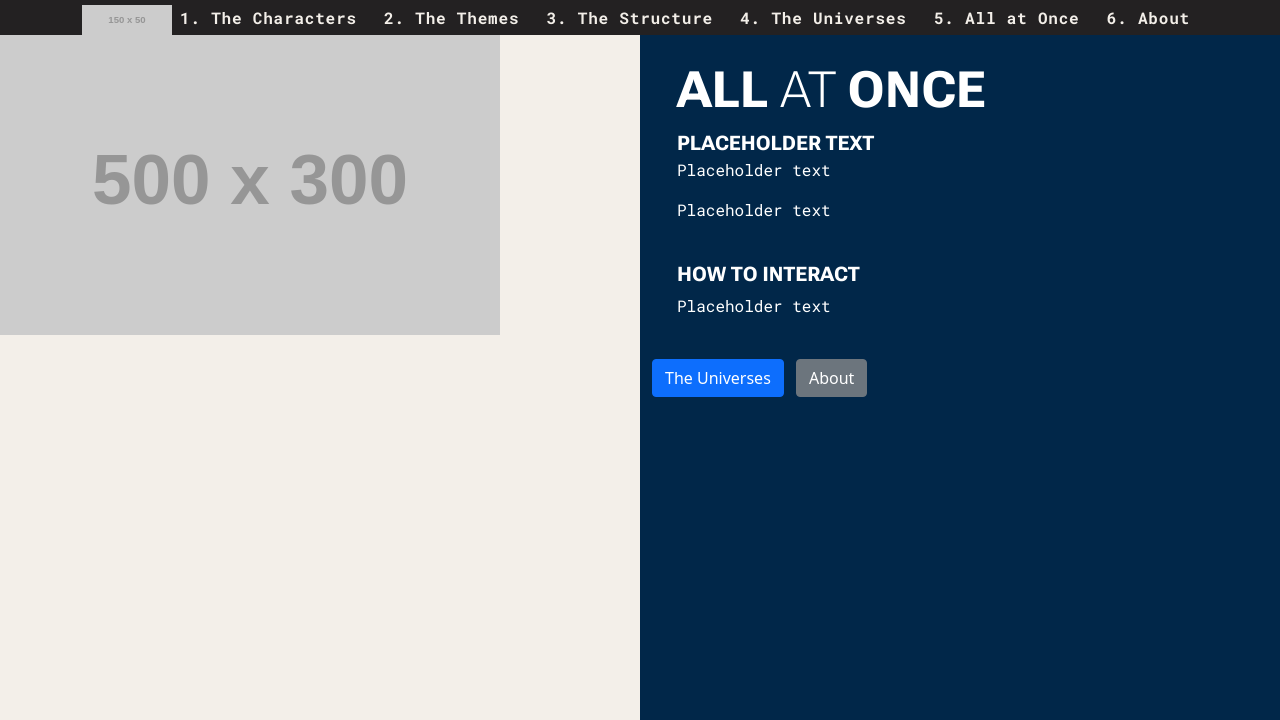
Repository: angelica-hom/msdv-thesis
Page: once.html
The author's editor kept a record of every edit. The page is drawn from the files as they stood at one moment, then again after the next edit.
The browser window is 1280 px wide. The pictures show the whole page.

Above is the page before.

### once.html
<!doctype html>
<html lang="en">
<head>
    <meta charset="utf-8">
    <meta name="viewport" content="width=device-width, initial-scale=1">
    <link href="https://cdn.jsdelivr.net/npm/bootstrap@5.1.3/dist/css/bootstrap.min.css" rel="stylesheet">
    <link href="once.css" rel="stylesheet">
    <title>Decoding Everything Everywhere All at Once</title>
</head>
<body>
    <nav class="navbar navbar-expand-lg navbar-custom">
        <div class="container">
            <a class="navbar-brand" href="#">
                <img src="https://via.placeholder.com/150x50" alt="Your Brand" height="30">
            </a>
            <div class="collapse navbar-collapse" id="navbarNav">
                <ul class="navbar-nav mx-auto">
                    <li class="nav-item">
                        <a class="nav-link" href="characters.html">1. The Characters</a>
                    </li>
                    <li class="nav-item">
                        <a class="nav-link" href="themes.html">2. The Themes</a>
                    </li>
                    <li class="nav-item">
                        <a class="nav-link" href="structure.html">3. The Structure</a>
                    </li>
                    <li class="nav-item">
                        <a class="nav-link" href="universes.html">4. The Universes</a>
                    </li>
                    <li class="nav-item">
                        <a class="nav-link" href="once.html">5. All at Once</a>
                    </li>
                    <li class="nav-item">
                        <a class="nav-link" href="about.html">6. About</a>
                    </li>
                </ul>
            </div>
        </div>
    </nav>

    <div class="container-fluid">
        <div class="row">
            <div class="col-md-6 left-section">
                <img src="https://via.placeholder.com/500x300" alt="Static image" class="img-fluid">
            </div>
            <div class="col-md-6 d-flex flex-column justify-content-center right-section">
                <div id="content">
                    <h2><span class="bold">ALL</span> AT <span class="bold">ONCE</span></h2>
                    <span class="subheading">PLACEHOLDER TEXT</span>
                    <br<br><p>Placeholder text</p>
                    <p>Placeholder text</p>
                    <br><h3>HOW TO INTERACT</h3>
                    <p>Placeholder text</p>
                </div>
                <div>
                    <a href="universes.html" class="btn btn-primary me-2">The Universes</a>
                    <a href="about.html" class="btn btn-secondary">About</a>
                </div>
            </div>
        </div>
    </div>

    <script src="once.js"></script>
    <script src="https://cdn.jsdelivr.net/npm/@popperjs/core@2.11.6/dist/umd/popper.min.js"></script>
    <script src="https://cdn.jsdelivr.net/npm/bootstrap@5.1.3/dist/js/bootstrap.min.js"></script>
</body>
</html>

### once.css
@import url('https://fonts.googleapis.com/css2?family=Roboto+Flex:wght@100;200;300;400;500;600;700;800;900;1000&display=swap');
@import url('https://fonts.googleapis.com/css2?family=Roboto+Mono:ital,wght@0,100;0,200;0,300;0,400;0,500;0,600;0,700;1,100;1,200;1,300;1,400;1,500;1,600;1,700&display=swap');

body, html {
    margin: 0;
    height: 100%;
    overflow-x: hidden;
}

.container-fluid {
    height: calc(100% - 35px); /* Subtract navbar height */
    padding: 0;
}

.row {
    height: 100%;
}

/* NAVBAR */
.navbar-custom {
    margin-bottom: 0;
    height: 35px;
    align-items: center; /* Center the navbar content vertically */
    background-color: #232122; /* New navbar background color */
    width: 100%; /* Make the navbar container wider */
    font-family: 'Roboto Mono', monospace; /* Specify the font family */
    font-weight: 700;
}

.navbar-custom .navbar-brand,
.navbar-custom .nav-link {
    color: #F3EFE9;
    padding: 0;
    line-height: 35px;
    font-size: 16px;
    letter-spacing: 0.05em;
    font-family: 'Roboto Mono', monospace;
    margin: 0; /* Add a margin to create more space between nav items */
}

.navbar-custom .navbar-nav {
    flex-grow: 1;
    display: flex;
    justify-content: space-between; /* Spread out the nav items */
}

.navbar-custom .nav-link:hover {
    color: #232122;
    background-color: #F3EFE9; /* New background color on hover */
}

a:focus, a:active, a:hover {
  outline: none;
  text-decoration: none;
  color: #F3EFE9; /* Set the desired color for the links */
}

/* LEFT SECTION STYLE */
.left-section {
    background-color: #F3EFE9;
}

/* RIGHT SECTION STYLE */
.right-section {
    background-color: #012749;
    color: #FFF; /* Set text color to white for better contrast */
    justify-content: flex-start!important;
}

.right-section #content {
    padding: 25px;
}

.right-section #content h2 {
    font-family: 'Roboto Flex', sans-serif;
    font-style: normal;
    font-weight: 200;
    font-size: 50px;
}

.right-section #content .subheading {
    font-family: 'Roboto Flex', sans-serif;
    font-style: normal;
    font-weight: 800;
    font-size: 20px;
}

.right-section #content h3 {
    font-family: 'Roboto Flex', sans-serif;
    font-style: normal;
    font-weight: 800;
    font-size: 20px;
}

@media (max-width: 768px) {
  h2 {
    font-size: 28px;
  }
}

.right-section #content .bold {
    font-weight: 800;
}

.right-section #content p {
    font-family: 'Roboto Mono', monospace;
    font-style: normal;
    font-weight: 400;
    font-size: 16px;
}

/* VISUALIZATION */
.vertical-center {
  margin: 0;
  position: relative;
  top: 50%;
  -ms-transform: translateY(-50%);
  transform: translateY(-50%);
}

Loaded but not shown: once.js (no copy from this time; the picture is the same without it)

After the next edit:
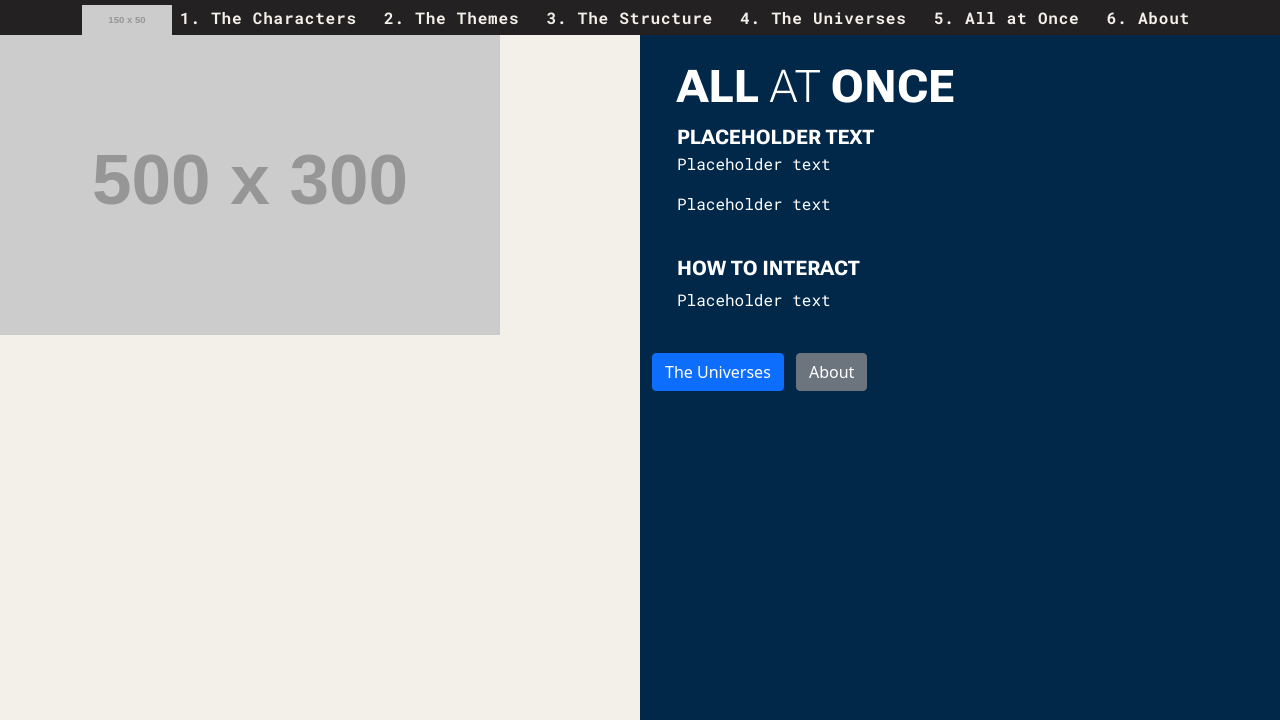
The edit:
--- a/once.css
+++ b/once.css
@@ -75,7 +75,7 @@
     font-family: 'Roboto Flex', sans-serif;
     font-style: normal;
     font-weight: 200;
-    font-size: 50px;
+    font-size: 45px;
 }
 
 .right-section #content .subheading {
